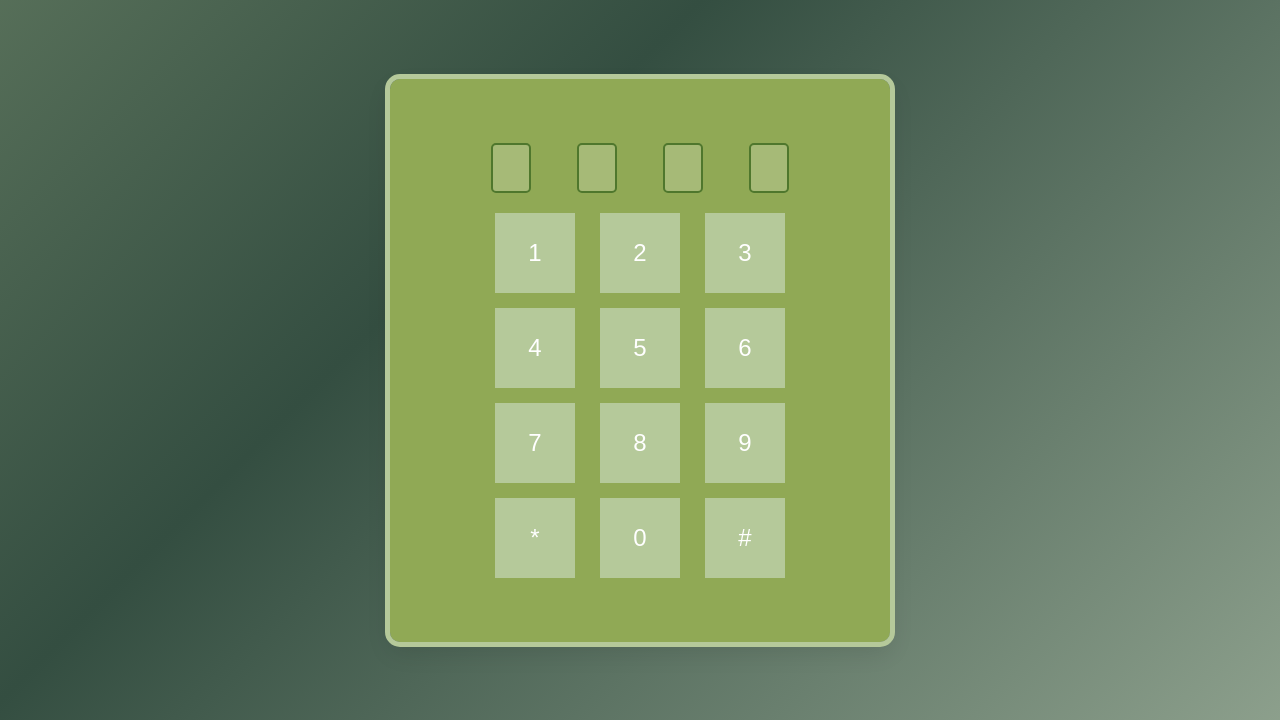
Repository: jahatesu/project-cutie
Page: index.html
These files come from the project's save history. The page is drawn as it stood at one moment and after a run of saves; the edit follows.
The browser window is 1280 px wide. The pictures show the whole page.
Some web libraries are served in a nearby version.

Above is the page before, as saved 2025-08-14 21:16:51.
Console error: TypeError: Cannot read properties of null (reading 'getBoundingClientRect')

### index.html
<!DOCTYPE html>
<html lang="en">
<head>
    <meta charset="UTF-8"
    meta http-equiv="X-UA-Compatible" content="IE=edge">
    <meta name="viewport" content="width=device-width, initial-scale=1.0">
    <title>idk yet</title>
    <link rel="stylesheet" href="https://cdnjs.cloudflare.com/ajax/libs/font-awesome/7.0.0/css/all.min.css">
    <link rel="stylesheet" href="style.css">
</head>

<body>
    <div class="wrapper">
        <!-- <i class="fa-solid fa-heart"></i>
        <h2 class="question">Do you wanna see why I think you’re the cutest?</h2>
        <div class="btn-group">
            <button class="btn-yes">Yes</button>
            <button class="btn-no">No</button>
        </div> -->

        <!-- PIN DISPLAY -->
         <div class="pin-display">
            <div class="pin-box"></div>
            <div class="pin-box"></div>
            <div class="pin-box"></div>
            <div class="pin-box"></div>
         </div>

         <!-- HEART BUTTONS -->
         <div class="heart-pad">
            <button data-num = "1">1</button>
          <button data-num = "2">2</button>
          <button data-num = "3">3</button>
          <button data-num = "4">4</button>
          <button data-num = "5">5</button>
          <button data-num = "6">6</button>
          <button data-num = "7">7</button>
          <button data-num = "8">8</button>
          <button data-num = "9">9</button>
          <button data-num = "*">*</button>
          <button data-num = "0">0</button>
          <button data-num = "#">#</button>
         </div>
    </div>

    <script src="script.js"></script>


</body>
</html>

### style.css
:root{
    --bg1:#e9f5db;
    --bg2:#90a955;
    --accent:#b5c99a;
    --ink:#232323;
    --splash-duration: 2600ms;
  }

*{
    margin: 0;
    padding: 0;
    box-sizing: border-box;
}

html, body {
    display: flex;
    justify-content: center;
    align-items: center;
    min-height: 100vh;
  width: 100%;
  height:100%;
}

body {
    background: linear-gradient(-45deg, #e9f5db, #344e41, #b5c99a, #23d5ab);
    background-size: 400% 400%;
    animation: gradient 15s ease infinite;
}

@keyframes gradient {
    0% {
        background-position: 0% 50%;
    }
    50% {
        background-position: 100% 50%;
    }
    100% {
        background-position: 0% 50%;
    }
}
.wrapper{
    position: relative;
    width: 90%;
    padding: 5%;
    max-width: 500px;
    margin: 50px 50px;
    height: fit-content;
    /* max-height: 50%; */
    background: #90a955;
    border-radius: 10px;
    display: flex;
    justify-content: center;
    align-items: center;
    box-shadow: 0 10px 25px rgba(0,0,0,0.1);
    flex-direction: column;
    text-align: center;
    outline: 5px solid #b5c99a;
}

.pin-display{
  display: flex;
  justify-content: space-between;
  margin-bottom: 20px;
  width: 80%;
}

.pin-box{
  width: clamp(30px, 9vw, 40px);
  height: clamp(30px, 9vw, 50px);
  border: 2px solid #4f772d;
  border-radius: 5px;
  background: rgba(255,255,255,0.2);
}

.heart-pad {
  display: grid;
  grid-template-columns: repeat(3, 1fr); /* 3 columns evenly spaced */
  gap: 15px;
  width: 100%;             /* take full width of wrapper */
  max-width: 300px;        /* optional max width */
  justify-items: center;    /* center buttons in each grid cell */
  margin: 0 auto;           /* center grid horizontally */
}

.heart-pad button {
  width: 80px;
  height: 80px;
  font-size: 1.5rem;
  display: flex;             /* center number inside heart */
  justify-content: center;
  align-items: center;
  color: white;
  border: none;
  cursor: pointer;
  background: #b5c99a;
  transition: transform 0.1s ease;
}

.heart-pad button:active {
  transform: scale(0.95); /* cute click effect */
}


/* .wrapper i {
  font-size: 50px;
  margin-bottom: 10px;
  color: #e9f5db;
}

i{
    font-size:7.5em;
    color: #e9f5db;
    border: 5px solid transparent;
}

h2{
    font-size: 2em;
    color: #e9f5db;
    margin: 15px 0;
}
@media (max-width: 600px) {
  .h2 {
    font-size: 1.2rem;
  }
}

.btn-group{
    width: 100%;
    height: 40px;
    display: flex;
    justify-content: center;
    margin-top: 15px;
}

button {
    position: absolute;
    width: 150px;
    height: inherit;
    font-size: 1.2em;
    color: #e9f5db;
    font-weight: 600;
    border-radius: 30px;
    border: 2px solid #4f772d;
    cursor: pointer;
    box-shadow: 0 5px 15px rgba(0,0,0,0.3);
}

button:nth-child(1){
    margin-left: -200px;
    background: #4f772d;
    color: #b5c99a;
}

button:nth-child(2){
    margin-right: -200px;
    color: #b5c99a;
}

@media (max-width: 400px) {
  .question {
    font-size: 5vw;
  }
  button {
    font-size: 4vw;
  }
} */

### script.js
const wrapper = document.querySelector(".wrapper");
const question = document.querySelector(".question");
const yesBtn = document.querySelector(".btn-yes");
const noBtn = document.querySelector(".btn-no");

const wrapperRect = wrapper.getBoundingClientRect();
const noBtnRect = noBtn.getBoundingClientRect();


yesBtn.addEventListener('click', () => {
    question.innerHTML = 'I knew it! Love you too <3 ';
})

noBtn.addEventListener('mouseover', () => {
    const i = Math.floor(Math.random() * (wrapperRect.width - noBtnRect.width));
    const j = Math.floor(Math.random() * (wrapperRect.height - noBtnRect.height));
    noBtn.style.left = i + "px";
    noBtn.style.top = j + "px";
})

After the next 2 saves:
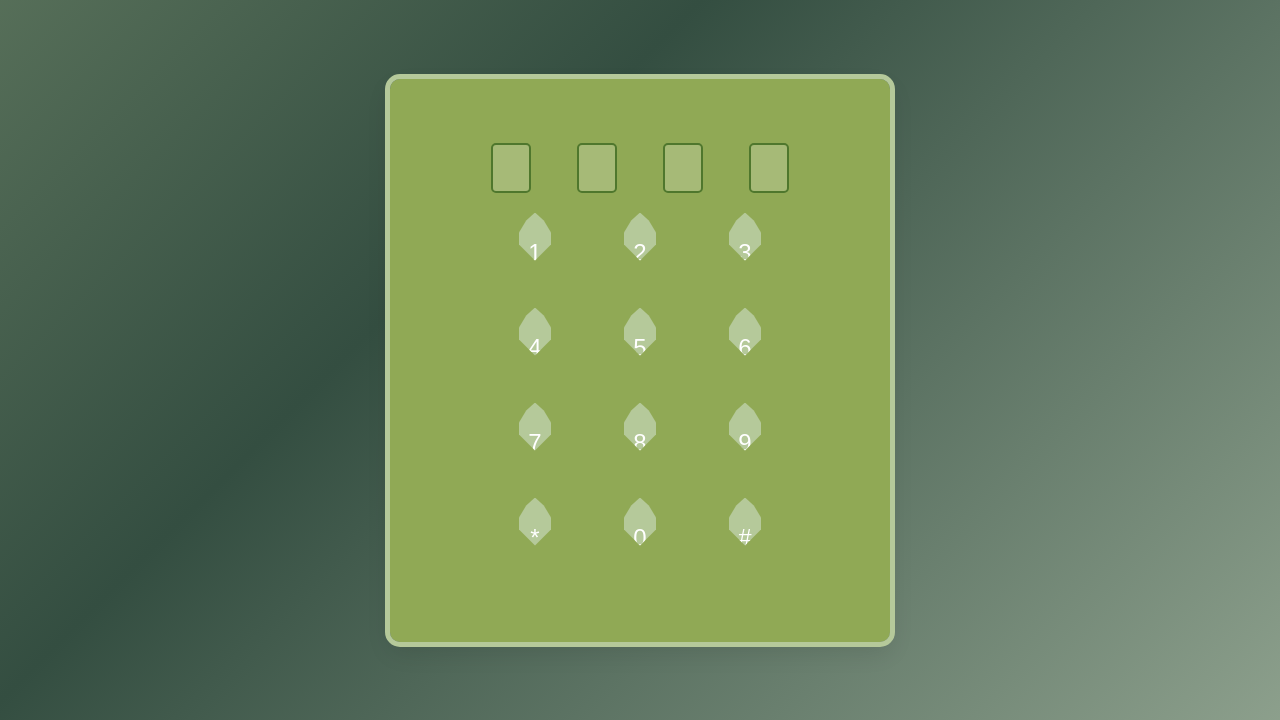
The 2 saves are shown as one change because they came seconds apart.
The last was saved 89 s later.
--- a/style.css
+++ b/style.css
@@ -94,6 +94,17 @@ body {
   cursor: pointer;
   background: #b5c99a;
   transition: transform 0.1s ease;
+   /* Heart shape */
+  clip-path: polygon(
+    50% 0%,
+    61% 10%,
+    70% 25%,
+    70% 40%,
+    50% 60%,
+    30% 40%,
+    30% 25%,
+    39% 10%
+  );
 }
 
 .heart-pad button:active {
